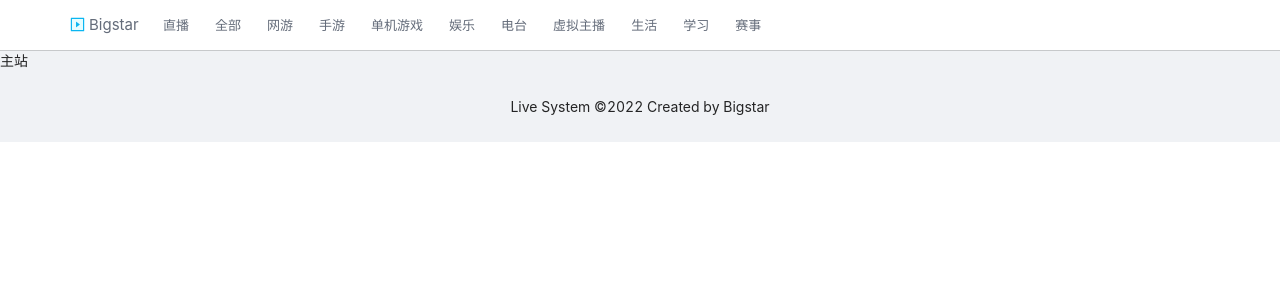
Repository: Bigstar-hyx/webrtc-react
Page: /
An editor plug-in stored every save of this project. The page is shown before and after the next save, followed by the edit.
The browser window is 1280 px wide. The pictures show the whole page.
The project was rebuilt for these pictures with package versions that can differ from the ones it lists, and the page was loaded fresh each time. Also part of the build but not shown: craco.config.js, webpack.config.js, src/pages/live/Index.css, src/pages/live/component/Content/Video/video.css, src/pages/live/component/Content/Video/Video.js, src/pages/live/component/Content/Comments/comments.css, src/pages/live/component/Content/Comments/TalkSend.js, src/pages/live/component/Content/Comments/Talk.js and 6 more.

Above is the page before, as saved 2022-01-30 16:39:37.

### src/index.js
import * as React from 'react'
import * as ReactDOM from 'react-dom'
import { BrowserRouter } from 'react-router-dom'
import App from './App.js'

ReactDOM.render(
  <BrowserRouter>
    <App />
  </BrowserRouter>,
  document.getElementById('root')
)

### src/App.js
import * as React from 'react'
import { Routes, Route } from 'react-router-dom'

import LiveIndex from './pages/live/Index'
import HomeIndex from './pages/home/Index'
import ViewerIndex from './pages/viewer/Index'
import TopIndex from './top/Index'

import { Layout } from 'antd'

const { Header, Footer, Content } = Layout

function App() {
  return (
    <>
      <Layout>
        <Header>
          <TopIndex />
        </Header>
        <Content>
          <Routes>
            <Route path="/" element={<HomeIndex />} />
            <Route path="live" element={<LiveIndex />} />
            <Route path="viewer" element={<ViewerIndex />} />
          </Routes>
        </Content>
        <Footer style={{ textAlign: 'center' }}>Live System ©2022 Created by Bigstar</Footer>
      </Layout>
    </>
  )
}

export default App

### src/pages/home/Index.js
import React, { Component } from 'react'

export class HomeIndex extends Component {
  render() {
    return <div>主站</div>
  }
}

export default HomeIndex

### src/top/Index.js
// import { PlaySquareTwoTone } from 'antd'
import { PlaySquareTwoTone } from '@ant-design/icons'

import TopMenu from './component/TopMenu'

import './index.css'

function TopIndex() {
  return (
    <>
      <div className="logo">
        <PlaySquareTwoTone twoToneColor="#0BB6F1" />
        &nbsp;Bigstar
      </div>
      <TopMenu />
    </>
  )
}

export default TopIndex

### src/top/component/TopMenu.js
import './top-menu.css'

function TopMenu() {
  return (
    <div>
      <ul>
        <li>
          <a href="">直播</a>
        </li>
        <li>
          <a href="">全部</a>
        </li>
        <li>
          <a href="">网游</a>
        </li>
        <li>
          <a href="">手游</a>
        </li>
        <li>
          <a href="">单机游戏</a>
        </li>
        <li>
          <a href="">娱乐</a>
        </li>
        <li>
          <a href="">电台</a>
        </li>
        <li>
          <a href="">虚拟主播</a>
        </li>
        <li>
          <a href="">生活</a>
        </li>
        <li>
          <a href="">学习</a>
        </li>
        <li>
          <a href="">赛事</a>
        </li>
      </ul>
    </div>
  )
}

export default TopMenu

### src/top/index.css
.ant-layout-header {
  height: 50px;
  padding: 0 50px;
  box-shadow: 0px 0px 1px #000;
  color: rgba(0, 0, 0, 0.85);
  line-height: 50px;
  background: #fff;
}
.logo {
  float: left;
  padding: 0px 0px 0px 20px;
  width: 100px;
  color: #646c7a;
  font-size: 15px;
}

### src/pages/live/component/Content/Comments/Comments.js
import React, { useState } from 'react'
import { Card } from 'antd'
import './comments.css'
import Talk from './Talk'
import SList from './SList'

const tabListNoTitle = [
  {
    key: 'talk',
    tab: '讨论区'
  },
  {
    key: 'slist',
    tab: '学员列表'
  }
]

const contentListNoTitle = {
  talk: <Talk />,
  slist: <SList />
}

function Comments() {
  const [activeTabKey2, setActiveTabKey2] = useState('talk')

  const onTab2Change = key => {
    setActiveTabKey2(key)
  }
  return (
    <div className="comments-box">
      <Card
        className="card"
        tabList={tabListNoTitle}
        activeTabKey={activeTabKey2}
        onTabChange={key => {
          onTab2Change(key)
        }}
      >
        {contentListNoTitle[activeTabKey2]}
      </Card>
    </div>
  )
}

export default Comments

### src/top/component/top-menu.css
ul {
  margin: auto;
}
ul li a {
  float: left;
  color: #646c7a;
  font-size: 13px;
}

li {
  list-style: none;
}

li a {
  margin: 0 5px;
  padding: 0 8px;
}

a {
  /* text-decoration: none; */
}

### src/pages/live/component/Content/Comments/TalkList.js
import React from 'react'
import { Comment, Tooltip, List } from 'antd'
import moment from 'moment'

const data = [
  {
    author: '学员1',
    avatar: 'https://joeschmoe.io/api/v1/random',
    content: <p>老师真好看</p>
  },
  {
    author: '学员2',
    avatar: 'https://joeschmoe.io/api/v1/random',
    content: <p>讲得真好！</p>
  }
]

function TalkList() {
  return (
    <div>
      <List
        className="comment-list"
        itemLayout="horizontal"
        dataSource={data}
        renderItem={item => (
          <li>
            <Comment actions={item.actions} author={item.author} avatar={item.avatar} content={item.content} datetime={item.datetime} />
          </li>
        )}
      />
    </div>
  )
}

export default TalkList

### src/pages/live/component/Content/Comments/talk.css
* {
  margin: 0;
  padding: 0;
}
.talk-list {
  width: 100%;
  height: 480px;
}
.talk-send {
  width: 100%;
  height: 40px;
}

### src/top/component/TopSearch.js
import { Input, Space } from 'antd'
import { AudioOutlined } from '@ant-design/icons'

import './top-search.css'

const { Search } = Input
const suffix = (
  <AudioOutlined
    style={{
      fontSize: 16,
      color: '#1890ff'
    }}
  />
)
const onSearch = value => console.log(value)

function TopSearch() {
  return (
    <Space direction="vertical">
      <Search placeholder="input search text" onSearch={onSearch} style={{ width: 200 }} />
      <Search placeholder="input search text" enterButton="Search" size="large" suffix={suffix} onSearch={onSearch} />
    </Space>
  )
}

export default TopSearch

Loaded but not shown: public/index.html (common file)

After the next save:
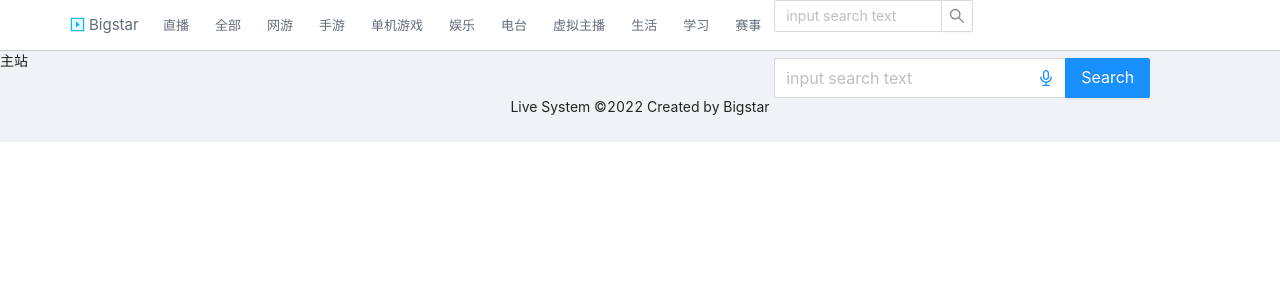
Saved 42 s later.
--- a/src/top/Index.js
+++ b/src/top/Index.js
@@ -2,6 +2,7 @@
 import { PlaySquareTwoTone } from '@ant-design/icons'
 
 import TopMenu from './component/TopMenu'
+import TopSearch from './component/TopSearch'
 
 import './index.css'
 
@@ -13,6 +14,7 @@ function TopIndex() {
         &nbsp;Bigstar
       </div>
       <TopMenu />
+      <TopSearch />
     </>
   )
 }
